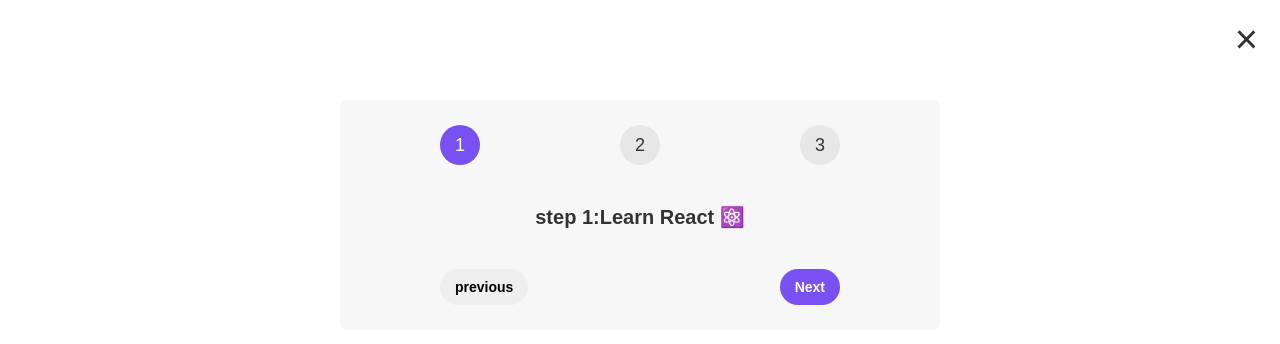
Repository: masamichan/steps
Page: /
The author's editor kept a copy of each file at every save. The page is drawn from the files as they stood at one save, then again after the next save.
The browser window is 1280 px wide. The pictures show the whole page.
The project was rebuilt for these pictures with package versions that can differ from the ones it lists, and the page was loaded fresh each time.

Above is the page before, as saved 2024-01-23 08:42:46.

After the next save:
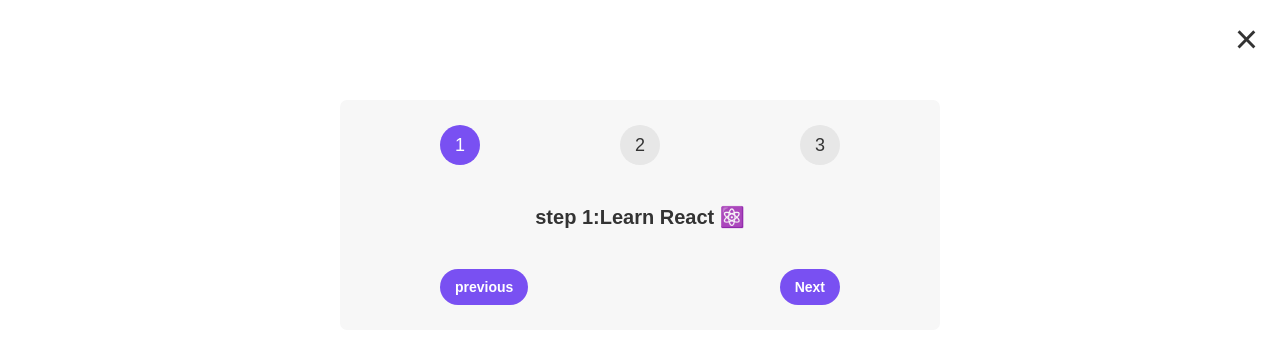
Saved 3 min 54 s later.
--- a/src/App.js
+++ b/src/App.js
@@ -58,7 +58,10 @@ export default function App() {
 
 function Button({ textColor, bgColor, onClick, text }) {
   return (
-    <button style={{ textColor, bgColor, onClick, text }} onClick={onClick}>
+    <button
+      style={{ backgroundColor: bgColor, color: textColor }}
+      onClick={onClick}
+    >
       {text}
     </button>
   );
